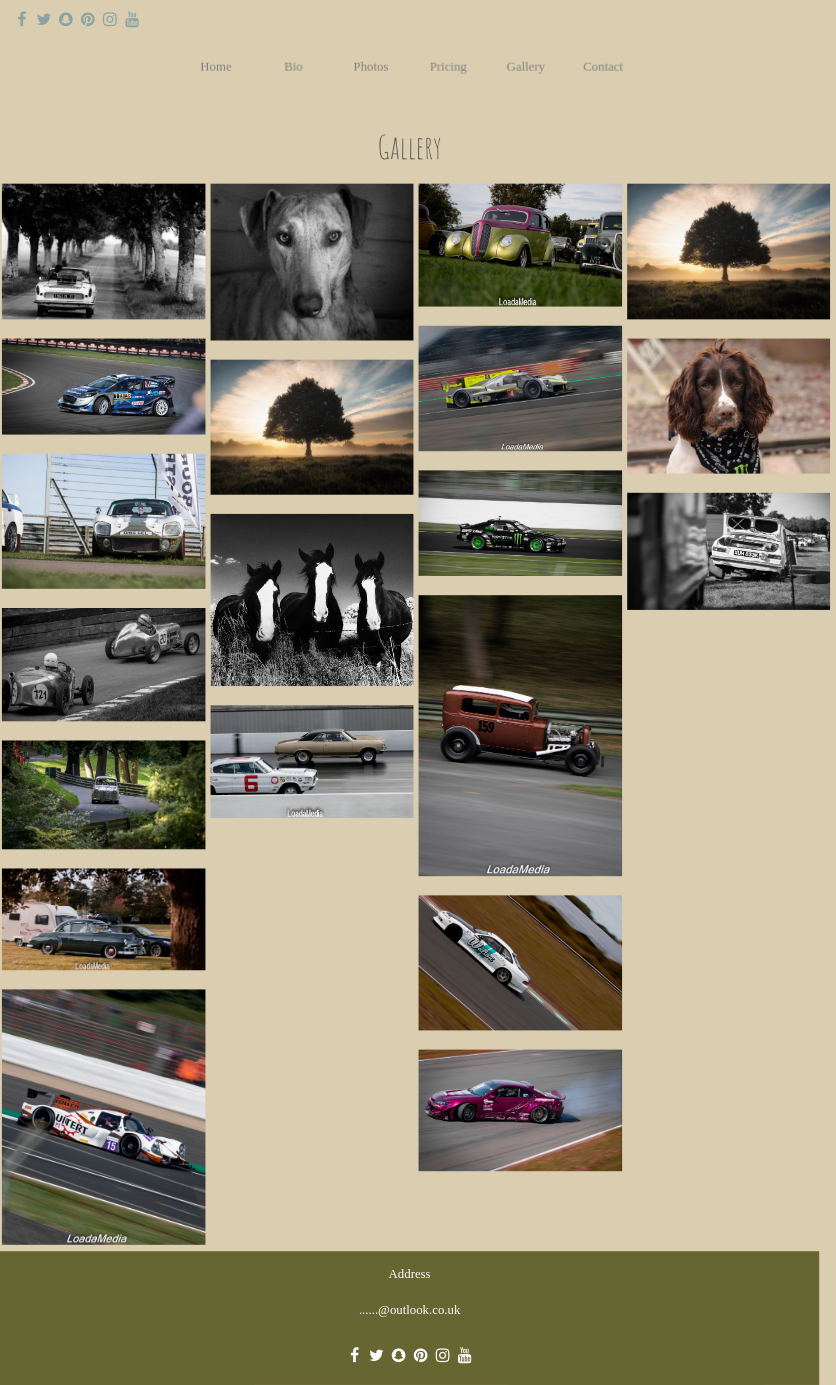
Repository: elizabeth24602/LoaderMedia
Page: gallery.html
The author's editor kept a record of every edit. The page is drawn from the files as they stood at one moment, then again after the next edit.
The browser window is 1280 px wide. The page is 1307 px wide, so the pictures cover 1307 px, including what lies to the right of the window. The pictures show the whole page, at 64% of full size.
Some web fonts or font styles are not loaded; a fallback is used.

Above is the page before.
Console error: TypeError: Cannot read properties of null (reading 'textContent')
Not found: Assests/images/

After the next edit:
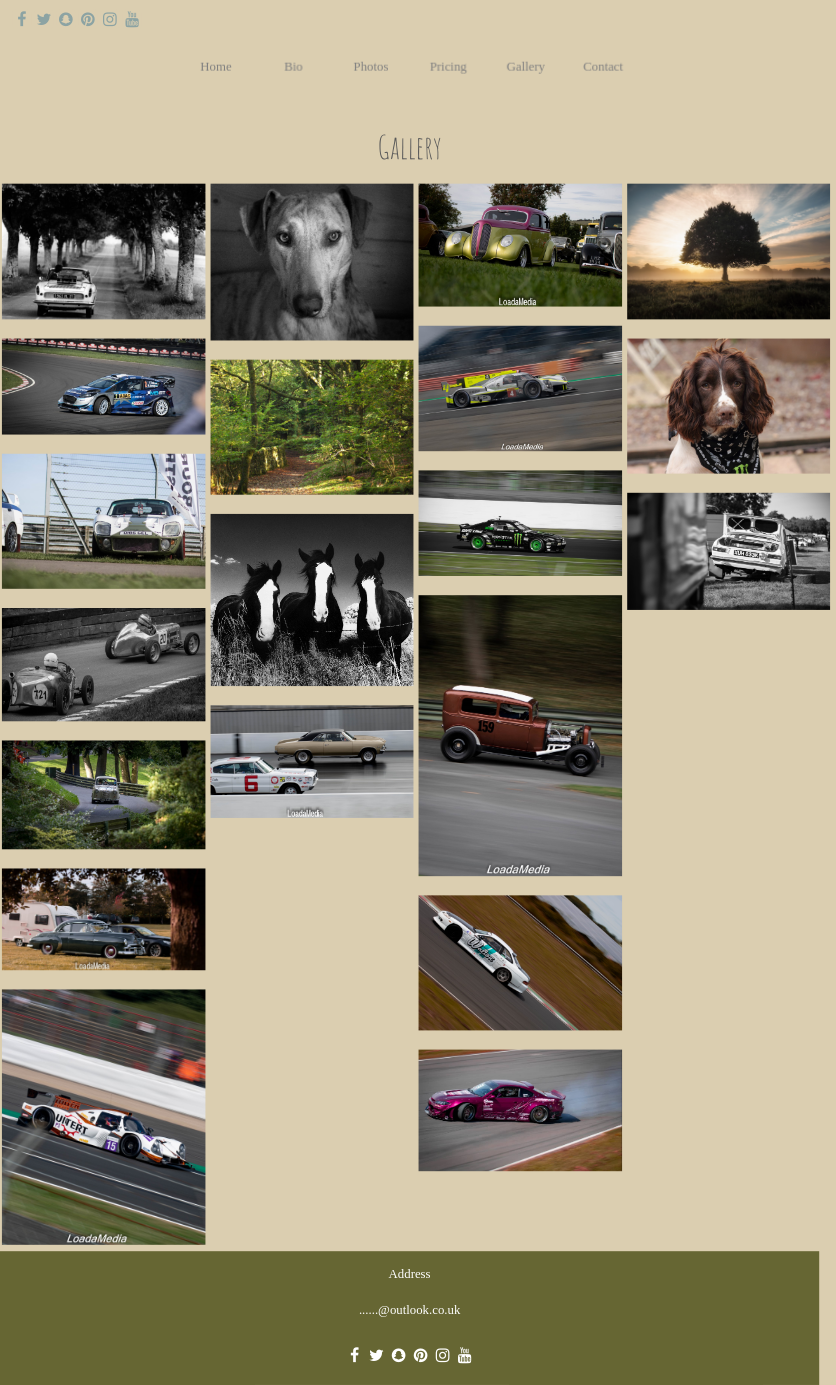
The edit:
--- a/gallery.html
+++ b/gallery.html
@@ -117,7 +117,7 @@
   </div>
   <div class="column">
     <img src="Assests/images/bryn.jpg">
-    <img src="Assests/images/landscape.jpg">
+    <img src="Assests/images/woods.jpg">
     <img src="Assests/images/horses.jpg">
     <img src="Assests/images/car9.jpg">
   </div>
